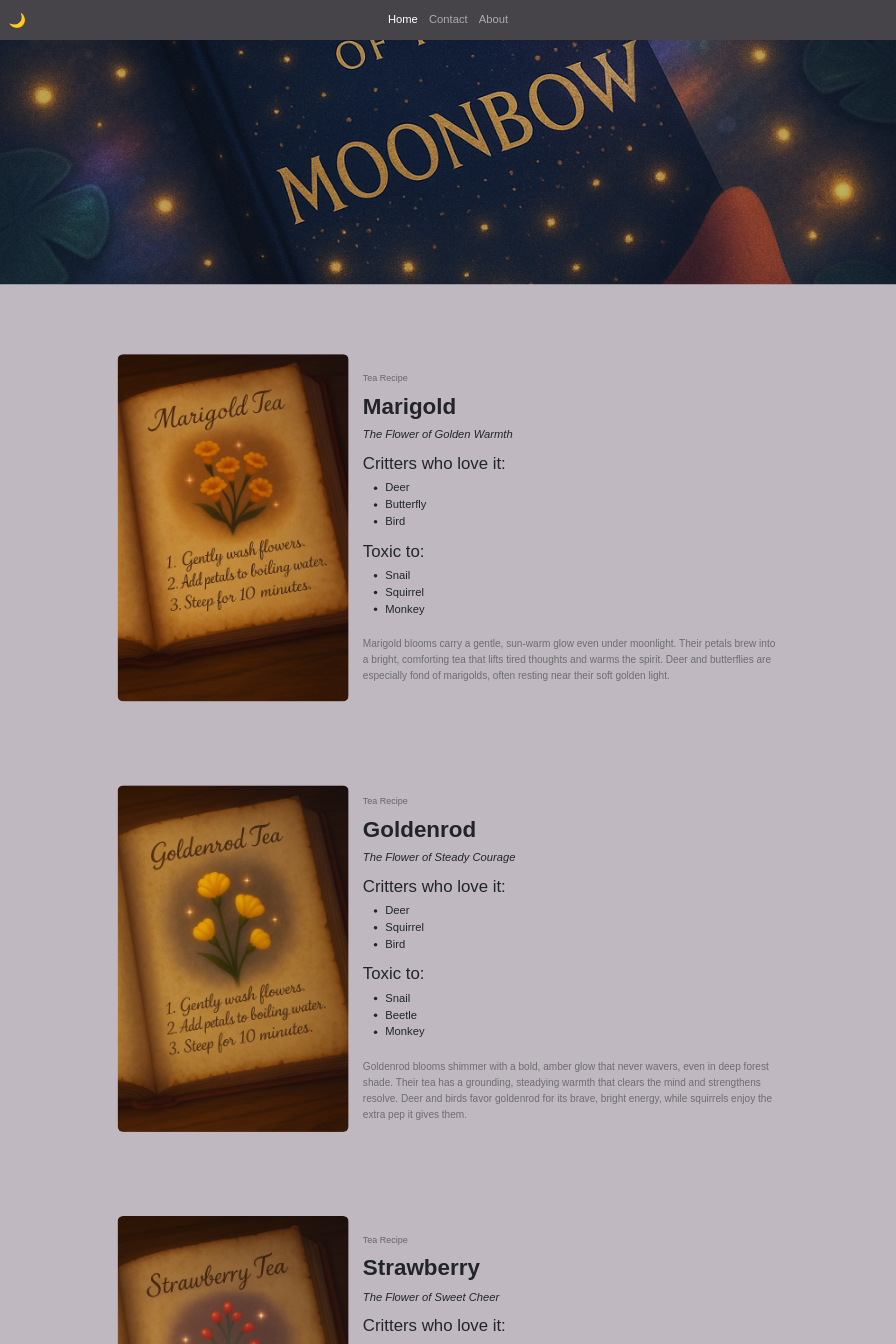
Repository: Brittany-Westlund/WebDesign
Page: FinalProject/contact.html
An editor plug-in stored every save of this project. The page is shown before and after the next save, followed by the edit.
The browser window is 1280 px wide. The pictures show the part of the page from y = 0 to 1920 px (the page is 3552 px tall before and 3359 px after), at 70% of full size.
A picture or video elsewhere on the page could not be fetched, so the positions and the page height are approximate. Backgrounds fixed to the window are drawn as part of the page.

Above is the page before, as saved 2025-12-02 21:37:11.

### FinalProject/contact.html
<!DOCTYPE html>
<html lang="en">
  <head>
    <meta charset="UTF-8">
    <meta name="viewport" content="width=device-width, initial-scale=1.0">
    <meta name="description" content="A personal website designed to showcase work, ideas, and personality.">
    <title>The title of the browser tab</title>
    <link href="https://cdn.jsdelivr.net/npm/bootstrap@5.3.0/dist/css/bootstrap.min.css" rel="stylesheet">
    <link rel="stylesheet" href="style/style.css">
    <link rel="icon" type="image/x-icon" href="images/favicon.ico">
  </head>
  <body>
   <nav class="navbar navbar-expand-lg sticky-top bg-dark" data-bs-theme="dark">
    <div class="container-fluid">
      <a class="navbar-brand" href="#">🌙</a>
        <button class="navbar-toggler ms-auto" type="button" data-bs-toggle="collapse" data-bs-target="#navbarSupportedContent" aria-controls="navbarSupportedContent" aria-expanded="false" aria-label="Toggle navigation">
          <span class="navbar-toggler-icon"></span>
    </button>
    <div class="collapse navbar-collapse" id="navbarSupportedContent">
    <ul class="navbar-nav mx-auto mb-2 mb-lg-0 align-items-end">
      <li class="nav-item">
        <a class="nav-link active" aria-current="page" href="index.html">Home</a>
      </li>
      <li class="nav-item">
        <a class="nav-link" href="contact.html">Contact</a>
      </li>
      <li class="nav-item">
        <a class="nav-link" href="about.html">About</a>
      </li> <!-- I added this entire list item to Bootstrap's default code. Add more if needed! -->
    </ul>
    </div>
  </div>
  </nav>
    <main>


  <!-- Parallax Banner -->
<section class="moonbow-banner"
         style="background-image: url('images/TeasoftheMoonbow.png');">
  <div class="moonbow-banner-overlay">
    <div class="moonbow-banner-content">
    </div>
  </div>
</section>




  <!-- Marigold -->

  <div class="blog-preview">
      <img src="images/TeaMarigoldRecipePage.png" alt="A marigold tea recipe page." class="recipe-image">

      <div class="blog-text">
          <p class="date">Tea Recipe</p>

          <h2 class="post-title">Marigold</h2>
          <h6><em>The Flower of Golden Warmth</em></h6>


          <div class="critters-section">
              <h4>Critters who love it:</h4>
              <ul class="critter-list">
                  <li>Deer</li>
                  <li>Butterfly</li>
                  <li>Bird</li>
              </ul>

              <h4>Toxic to:</h4>
              <ul class="critter-list toxic">
                  <li>Snail</li>
                  <li>Squirrel</li>
                  <li>Monkey</li>
              </ul>
          </div>

          <p class="post-preview">
              Marigold blooms carry a gentle, sun-warm glow even under moonlight. Their petals brew into a
              bright, comforting tea that lifts tired thoughts and warms the spirit. Deer and butterflies
              are especially fond of marigolds, often resting near their soft golden light.
          </p>
      </div>
  </div>



  <!-- Goldenrod -->

    <div class="blog-preview">
      <img src="images/TeaGoldenrodRecipePage.png" alt="A goldenrod tea recipe page." class="recipe-image">

      <div class="blog-text">
          <p class="date">Tea Recipe</p>

          <h2 class="post-title">Goldenrod</h2>
          <h6><em>The Flower of Steady Courage</em></h6>


          <div class="critters-section">
              <h4>Critters who love it:</h4>
              <ul class="critter-list">
                  <li>Deer</li>
                  <li>Squirrel</li>
                  <li>Bird</li>
              </ul>

              <h4>Toxic to:</h4>
              <ul class="critter-list toxic">
                  <li>Snail</li>
                  <li>Beetle</li>
                  <li>Monkey</li>
              </ul>
          </div>

          <p class="post-preview">
             Goldenrod blooms shimmer with a bold, amber glow that never wavers, even in deep forest shade. Their tea has a grounding, steadying warmth that clears the mind and strengthens resolve. Deer and birds favor goldenrod for its brave, bright energy, while squirrels enjoy the extra pep it gives them.
          </p>
      </div>
  </div>

<!-- Strawberry -->

    <div class="blog-preview">
      <img src="images/TeaStrawberryRecipePage.png" alt="A strawberry tea recipe page." class="recipe-image">

      <div class="blog-text">
          <p class="date">Tea Recipe</p>

          <h2 class="post-title">Strawberry</h2>
          <h6><em>The Flower of Sweet Cheer</em></h6>


          <div class="critters-section">
              <h4>Critters who love it:</h4>
              <ul class="critter-list">
                  <li>Monkey</li>
                  <li>Squirrel</li>
                  <li>Bird</li>
              </ul>

              <h4>Toxic to:</h4>
              <ul class="critter-list toxic">
                  <li>Snail</li>
                  <li>Beetle</li>
              </ul>
          </div>

          <p class="post-preview">
            Strawberry blossoms carry a bright, playful sweetness that lingers in the air like a soft laugh. Their tea is lively and uplifting, bringing a spark of joy to even the quietest morning. Squirrels adore its sweetness, birds love the fresh fruit scent, and monkey-folk are always drawn to its spirited, cheerful warmth.
          </p>
      </div>
  </div>





  <!-- Tea Rose -->

    <div class="blog-preview">
      <img src="images/TeaRoseRecipePage.png" alt="A tea rose tea recipe page." class="recipe-image">

      <div class="blog-text">
          <p class="date">Tea Recipe</p>

          <h2 class="post-title">Tea Rose</h2>
          <h6><em>The Flower of Quiet Heart</em></h6>


          <div class="critters-section">
              <h4>Critters who love it:</h4>
              <ul class="critter-list">
                  <li>Snail</li>
                  <li>Butterfly</li>
                  <li>Deer</li>
              </ul>

              <h4>Toxic to:</h4>
              <ul class="critter-list toxic">
                  <li>Monkey</li>
                  <li>Squirrel</li>
                  <li>Beetle</li>
              </ul>
          </div>

          <p class="post-preview">
            Tea roses hold a gentle, fragrant calm, their petals collecting dew like tiny pearls. Brewed, they create a soft, soothing tea that eases tight thoughts and brings a quiet warmth to the heart. Snails adore their cool, tender petals, and butterflies drift toward their sweet, peaceful scent.
          </p>
      </div>
  </div>






   <!-- Tea Rose -->

    <div class="blog-preview">
      <img src="images/TeaRoseRecipePage.png" alt="A tea rose tea recipe page." class="recipe-image">

      <div class="blog-text">
          <p class="date">Tea Recipe</p>

          <h2 class="post-title">Tea Rose</h2>
          <h6><em>The Flower of Quiet Heart</em></h6>


          <div class="critters-section">
              <h4>Critters who love it:</h4>
              <ul class="critter-list">
                  <li>Snail</li>
                  <li>Butterfly</li>
                  <li>Deer</li>
              </ul>

              <h4>Toxic to:</h4>
              <ul class="critter-list toxic">
                  <li>Monkey</li>
                  <li>Squirrel</li>
                  <li>Beetle</li>
              </ul>
          </div>

          <p class="post-preview">
            Tea roses hold a gentle, fragrant calm, their petals collecting dew like tiny pearls. Brewed, they create a soft, soothing tea that eases tight thoughts and brings a quiet warmth to the heart. Snails adore their cool, tender petals, and butterflies drift toward their sweet, peaceful scent.
          </p>
      </div>
  </div>



    </main>
    <footer>
      <p>&copy; <span id="year"></span> Brittany Westlund | Teas of the Moonbow</p>

      <script>
      document.getElementById("year").textContent = new Date().getFullYear();
      </script>
    </footer>
    <script src="https://cdn.jsdelivr.net/npm/bootstrap@5.3.0/dist/js/bootstrap.bundle.min.js"></script>
  </body>
</html>

### FinalProject/style/style.css
.delius-regular {
  font-family: "Delius", cursive;
  font-weight: 400;
  font-style: normal;
}

body {
  background-color: #bfb8c1;
  margin: 0;
  font-family: "Delius", sans-serif;
}

.navbar-brand {
  position: absolute;
  top: 8px;
  background-color: #474449;
}

.bg-dark {
  background-color: #474449 !important;
}



.carousel-item img {
  max-height: 680px;
  object-fit: cover;
  width: 100%;
}

header {
  text-align: center;
  margin-top: 2rem;
  margin-bottom: 1.5rem;
}

.gallery {
  display: grid;
  grid-template-columns: repeat(auto-fit, minmax(400px, 1fr));
  gap: 10px;
  margin: auto;
  padding: 10px;
}

.item {
  background-color: #fcf9ff;
  border-radius: 8px;
  aspect-ratio: 1 / 1;
  display: flex;
  justify-content: center;
}

.item img {
  padding: 0;
  width: 100%;
  height: auto; /* maintains the image's aspect ratio */
  display: block; /* clears any space after the image */
  border-radius: 8px;

}

.item p {
  text-align: center;
  display: flex;
  align-items: center;
}

footer {
  text-align: center;
}









.page-wrapper {
  max-width: 800px;
  margin: 0 auto;
  padding: 20px;
}

/* The featured section */
.featured-section {
  display: grid;
  grid-template-columns: 1fr 2fr;
  grid-template-rows: auto auto;
  gap: 10px;
  align-items: start;
}


.blog-preview {
  display: flex; /* activates Flexbox */
  flex-direction: row; /* aligns items in a row (default, but explicit is good) */
  align-items: center; /* vertically centers items within the row */
  gap: 20px; /* adds space between items */
  max-width: 80%; /* controls total width of the content block */
  margin: 80px auto; /* centers on page with top/bottom space */
  padding: 20px 40px; /* adds subtle inner space from edges */
}

.blog-preview img {
  width: 35%;      /* image takes up 45% of the total width of .blog-preview */
  height: auto;    /* keeps proportions correct */
  border-radius: 8px; /* optional, softens corners */
}

.blog-list {
  display: flex;
  flex-direction: column;
  gap: 10px;
  max-width: 100%;
}
.blog-text {
  display: flex;
  flex-direction: column; /* stacks each text element vertically */
  gap: 10px; /* adds consistent space between elements */
}
.date {
  font-family: Arial, Helvetica, sans-serif;
  font-size: 0.8rem;
  color: #666;
  margin: 0;
}

.post-title {
  font-family: Arial, Helvetica, sans-serif;
  font-size: 2rem;
  font-weight: 600;
  line-height: 1.3;
  margin: 0;
}

.post-preview {
  font-family: Arial, Helvetica, sans-serif;
  font-size: 0.9rem;
  color: #6d6d6d;
  line-height: 1.6;
  margin: 0;
}

.read-more {
  font-family: Arial, Helvetica, sans-serif;
  text-decoration: none;
  font-weight: bold;
  color: #8fafa7;
  margin-top: 10px;
}




.right-column {
  grid-column: 2;
  grid-row: 1 / 3; /* spans both rows — hero + cards */
  display: flex;
  flex-direction: column;
  gap: 20px;
}

.hero {
  grid-column: 2;
  grid-row: 1;
  max-height: 300px;
  overflow: hidden;
}

.hero img {
  width: 100%;
  height: auto;
  display: block;
}





.card-section {
  grid-column: 1 / 3; /* spans both columns */
  grid-row: 2;
  display: flex;
  gap: 10px;
}

.card {
  display: flex;
  flex-direction: column;
  flex: 1;
  gap: 10px;
  padding: 20px;
  background-color: gainsboro;
  max-width: 300px;
  width: 100%;
  margin-bottom: 20px;
}

.card img {
  width: 100%;
  height: auto;
  border-radius: 8px;
}




/* Compact blog previews ONLY inside the featured section */

.featured-section .blog-preview {
  max-width: 100% !important;
  margin: 0px 0 !important;
  padding: 10px 0 !important;   /* removes the 40px left/right padding */
  gap: 10px;
  width: 100%;
  box-sizing: border-box;
}

.featured-section .blog-preview img {
  width: 80px;
}

.featured-section .blog-text {
font-size: 0.6rem;
}

.featured-section .post-preview {
font-size: 0.6rem;
line-height: 1;
}

.featured-section .post-title {
font-size: 0.8rem;
line-height: 1;
}

.featured-section .date {
font-size: 0.5rem;
}

.featured-section .read-more {
margin-top: 0px !important;
}




.featured-section .card {
  height: 290px;
}

.featured-section .card h3 {
  font-size: 1rem;
  margin: 0 0;
}

.featured-section .card p {
  font-size: 0.8rem;
  margin-top: 5px;
}

/* End of featured section */












/* Start of Gallery section */

.gallery {
  display: grid;
  grid-template-columns: repeat(auto-fit, minmax(250px, 1fr));
  gap: 10px;
  margin: auto;
  padding: 10px;
}

.item {
  background-color: #eee8fb;
  border-radius: 8px;
  aspect-ratio: 1 / 1;
  display: flex;
  justify-content: center;
}

.item img {
  padding: 0;
  width: 100%;
  height: auto; /* maintains the image's aspect ratio */
  display: block; /* clears any space after the image */
  border-radius: 8px;

}

.item p {
  text-align: center;
  display: flex;
  align-items: center;
}

/* End of Gallery section */












/* The main footer container */

.footer {
  display: flex; /* Places all footer sections (icons + lists) side by side in a row */
  justify-content: space-between; /* Adds equal space between each section horizontally */
  align-items: flex-start; /* Aligns all sections to the top of the footer */
  background-color: #d5d0dd; /* Sets the footer’s background color */
  padding: 30px 100px; /* Adds space inside the footer: 30px top/bottom, 100px left/right */
  font-family: Arial, Helvetica, sans-serif; /* Sets the font for the entire footer */
}

.footer ul {
  list-style: none; /* Removes the default bullets from list items */
  padding: 0; /* Removes default padding inside the <ul> */
  margin: 0; /* Removes default margin outside the <ul> */
}

.footer li {
  margin-bottom: 6px; /* Adds a little space between each list item */
  font-size: 14px; /* Makes the text slightly smaller for a neat footer look */
}

.social-icons img {
  width: 22px; /* Sets consistent icon size */
  margin-right: 10px; /* Adds space between the icons */
  vertical-align: middle; /* Keeps icons visually aligned with any text nearby */
}



a:focus, button:focus, input:focus {
  outline: 2px solid #4a90e2;
  outline-offset: 2px;
}




.moonbow-banner {
  height: 350px;
  background-size: cover;
  background-position: center;
  background-attachment: fixed; /* parallax */
  position: relative;
}

.moonbow-banner-overlay {
  height: 100%;
  width: 100%;
  background: rgba(0, 0, 0, 0.25); /* optional soft darkening */
}

.moonbow-banner-content {
  position: absolute;
  bottom: 40px;
  left: 50%;
  transform: translateX(-50%);
  text-align: center;
  color: #faf7e8;
  text-shadow: 0 0 10px #000;
}


/* Mobile fix: background-attachment: fixed can be janky */
@media (max-width: 768px) {
  .moonbow-banner {
    background-attachment: scroll;
  }

  .moonbow-banner-content h1 {
    font-size: 2rem;
  }

  .moonbow-banner {
    height: 320px;
  }
}







@media (max-width: 600px) {
  /* Styles for mobile screens */
}

@media (min-width: 600px) and (max-width: 1024px) {
  /* Styles for tablets */
}

After the next save:
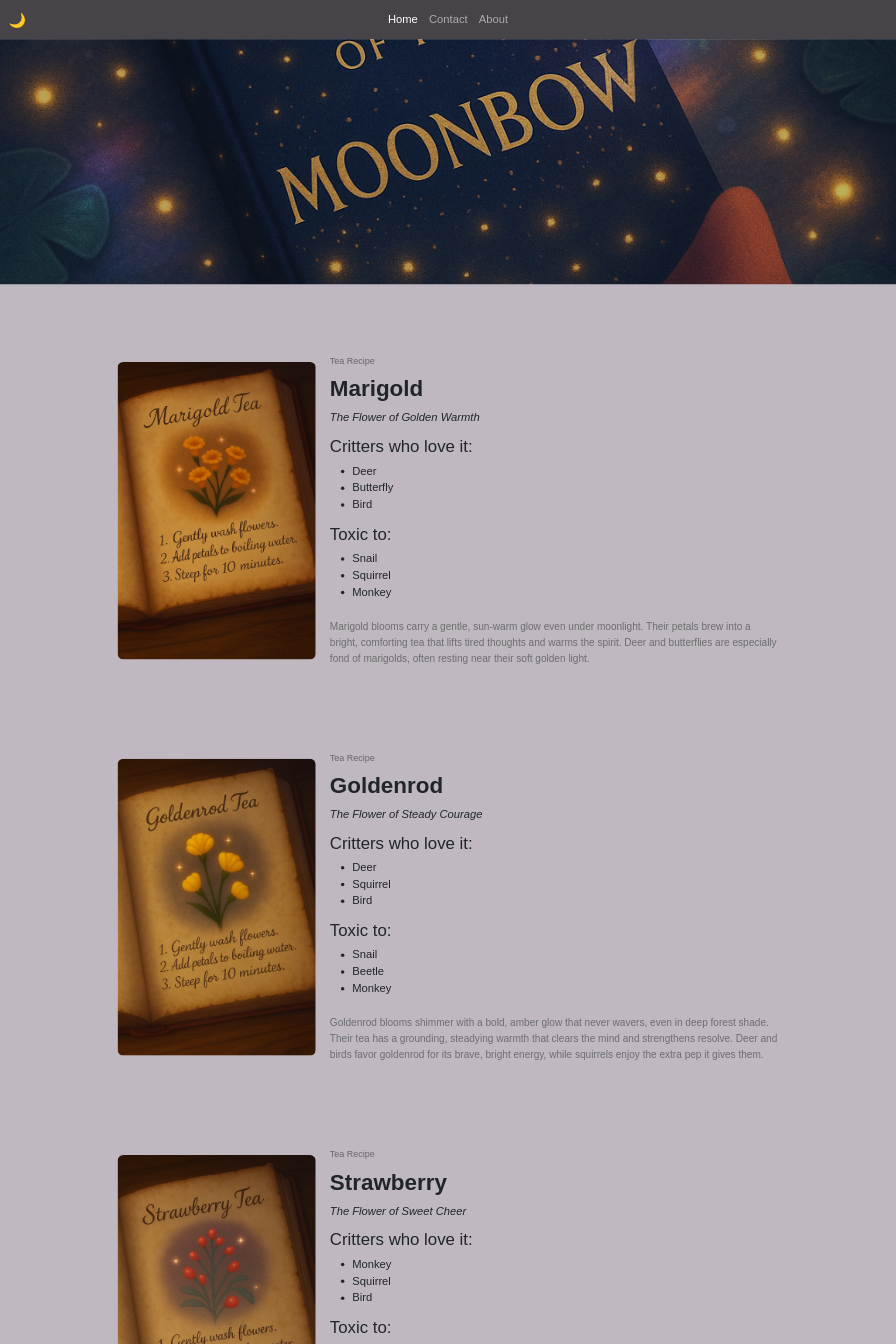
Saved 10 s later.
--- a/FinalProject/style/style.css
+++ b/FinalProject/style/style.css
@@ -104,7 +104,7 @@ footer {
 }
 
 .blog-preview img {
-  width: 35%;      /* image takes up 45% of the total width of .blog-preview */
+  width: 30%;      /* image takes up 45% of the total width of .blog-preview */
   height: auto;    /* keeps proportions correct */
   border-radius: 8px; /* optional, softens corners */
 }
